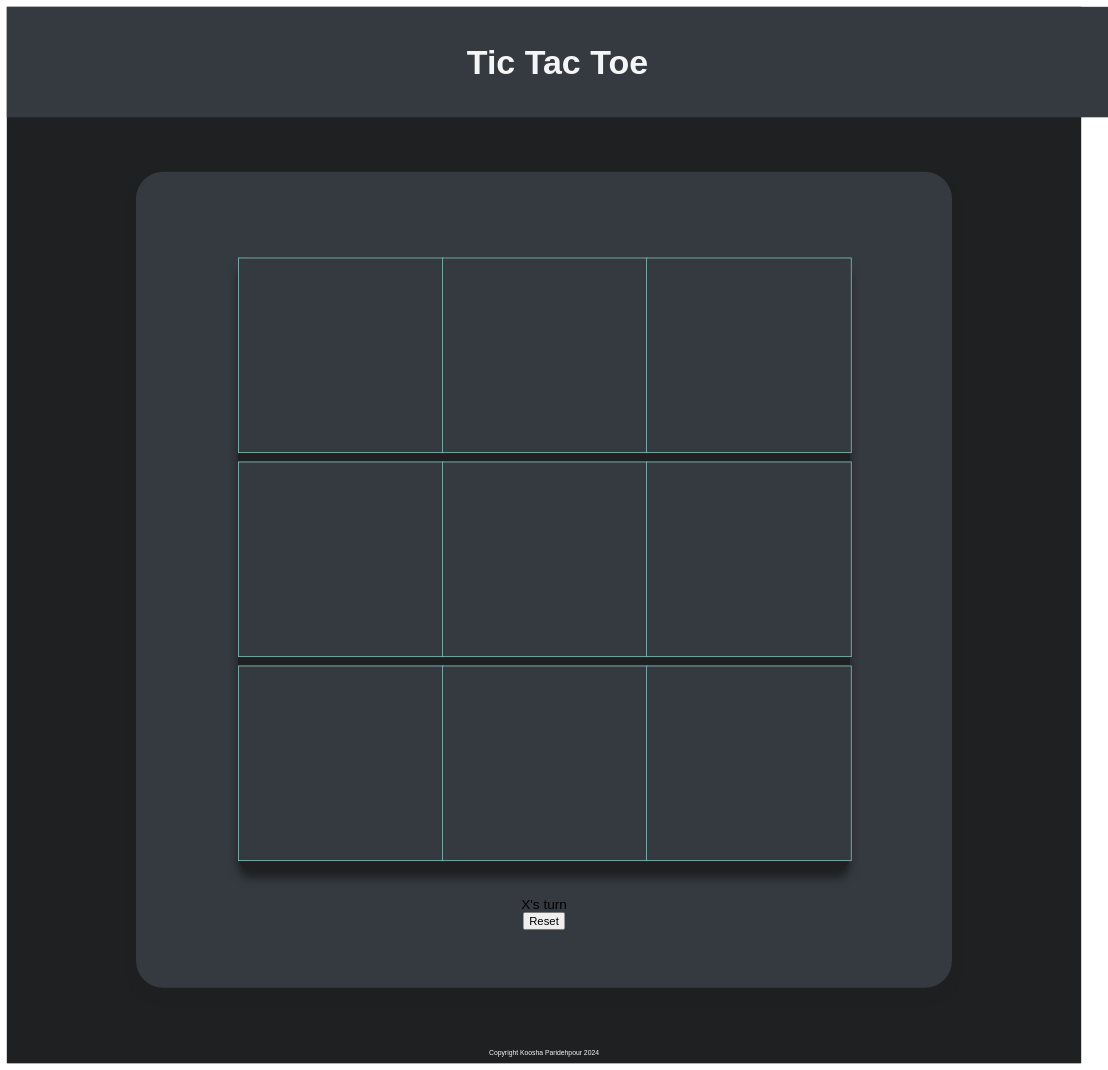
Repository: KooshaPari/odin-TTT
Page: index.html
The author's editor kept a copy of each file at every save. The page is drawn from the files as they stood at one save, then again after the next save.
The browser window is 1280 px wide. The page is 1304 px wide, so the pictures cover 1304 px, including what lies to the right of the window. The pictures show the whole page, at 85% of full size.

Above is the page before, as saved 2024-03-14 22:53:41.

After the next save:
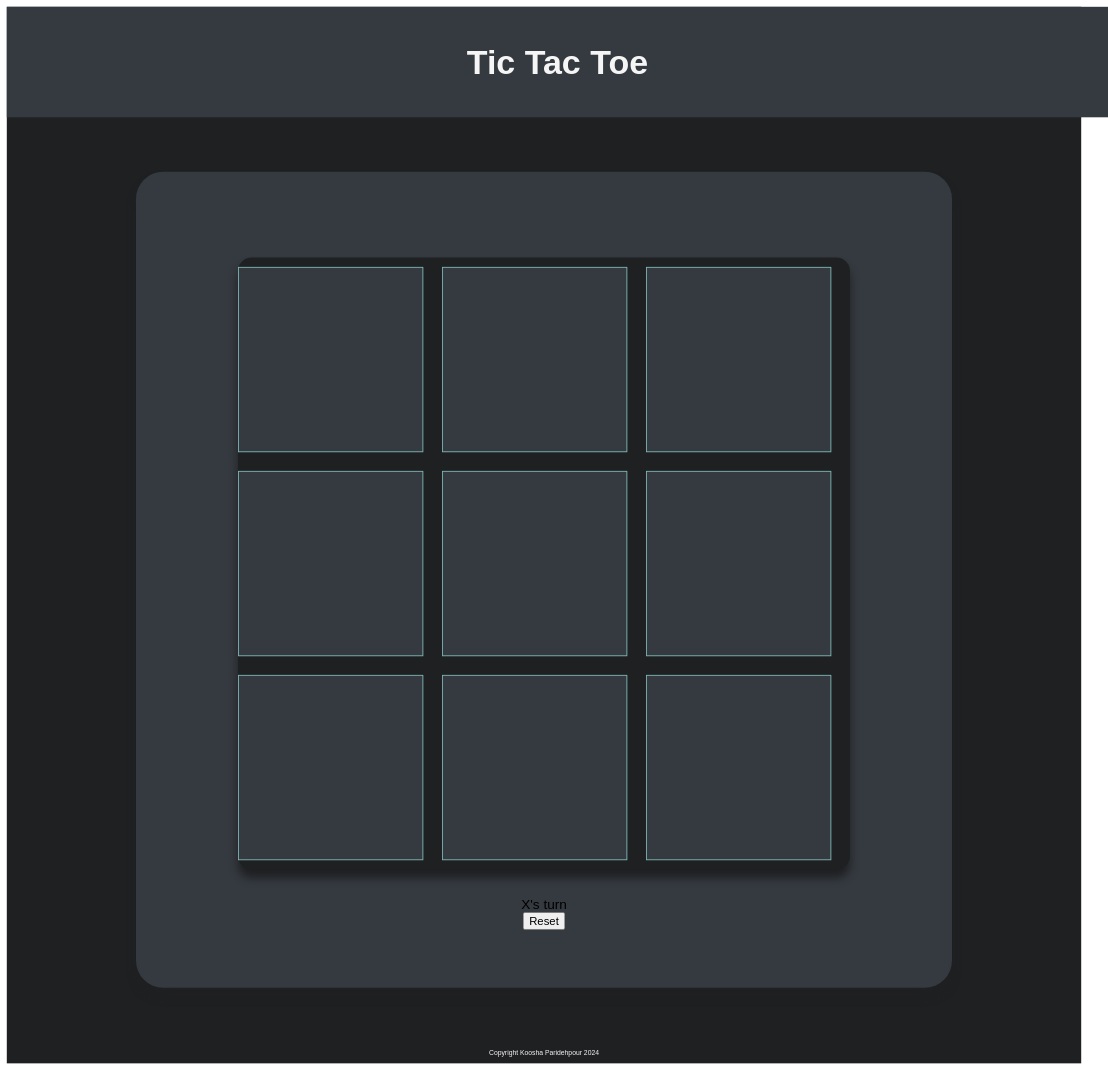
Saved 27 s later.
--- a/style.css
+++ b/style.css
@@ -65,6 +65,8 @@
   background-color: #1f2022;
   border-radius: 1em;
   margin: 2em;
+  align-items: center;
+  justify-content: center;
   box-shadow: 0px 10px 10px #1f2022;
   -webkit-border-radius: 1em;
   -moz-border-radius: 1em;
@@ -101,7 +103,7 @@
 }
 .square {
   border: 0.1px solid #7ebab5;
-  width: 100%;
-  height: 95%;
+  width: 90%;
+  height: 90%;
   background-color: #353a40;
 }
